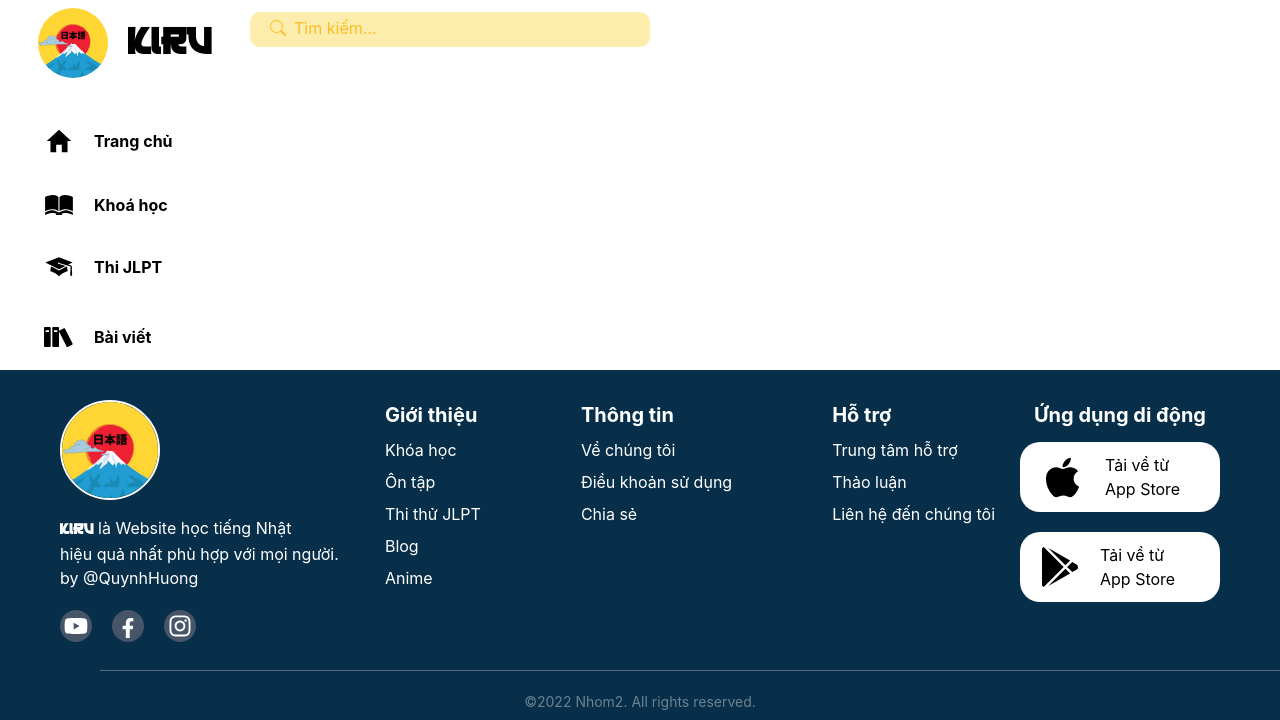
Repository: Quynhhuong150322/Kiru_Website-hoc-tieng-Nhat
Page: /TrangChu
These files come from the project's save history. The page is drawn as it stood at one moment and after the next save; the edit follows.
The browser window is 1280 px wide. The pictures show the whole page.
The project was rebuilt for these pictures with package versions that can differ from the ones it lists, and the page was loaded fresh each time.

Above is the page before, as saved 2023-08-18 03:45:37.

### public/index.html
<!DOCTYPE html>
<html lang="en">
  <head>
    <meta charset="utf-8" />
    <link rel="icon" href="%PUBLIC_URL%/favicon.ico" />
    <meta name="viewport" content="width=device-width, initial-scale=1" />
    <meta name="theme-color" content="#000000" />
    <meta
      name="description"
      content="Web site created using create-react-app"
    />
    <link rel="apple-touch-icon" href="%PUBLIC_URL%/logo192.png" />
    <!--
      manifest.json provides metadata used when your web app is installed on a
      user's mobile device or desktop. See https://developers.google.com/web/fundamentals/web-app-manifest/
    -->
    <link rel="manifest" href="%PUBLIC_URL%/manifest.json" />
    <!--
      Notice the use of %PUBLIC_URL% in the tags above.
      It will be replaced with the URL of the `public` folder during the build.
      Only files inside the `public` folder can be referenced from the HTML.

      Unlike "/favicon.ico" or "favicon.ico", "%PUBLIC_URL%/favicon.ico" will
      work correctly both with client-side routing and a non-root public URL.
      Learn how to configure a non-root public URL by running `npm run build`.
    -->
    <title>Kiru web</title>
  </head>
  <body>
    <noscript>You need to enable JavaScript to run this app.</noscript>
    <div id="root"></div>
    <!--
      This HTML file is a template.
      If you open it directly in the browser, you will see an empty page.

      You can add webfonts, meta tags, or analytics to this file.
      The build step will place the bundled scripts into the <body> tag.

      To begin the development, run `npm start` or `yarn start`.
      To create a production bundle, use `npm run build` or `yarn build`.
    -->
  </body>
</html>

### src/index.js
import React from 'react';
import ReactDOM from 'react-dom/client';
import './index.css';
import App from './App';
import reportWebVitals from './reportWebVitals';
import { BrowserRouter} from "react-router-dom";


const root = ReactDOM.createRoot(document.getElementById('root'));
root.render(
  <React.StrictMode>
    <BrowserRouter>
      <App />
    </BrowserRouter>
  </React.StrictMode>
);

// If you want to start measuring performance in your app, pass a function
// to log results (for example: reportWebVitals(console.log))
// or send to an analytics endpoint. Learn more: https://bit.ly/CRA-vitals
reportWebVitals();

### src/App.js
import './App.css';
// import HeaderBefor from "./component/header_footer/HeaderBefor";
import Footer from "./component/header_footer/footer";
import Menu from "./component/header_footer/Menu";
// import MyRoutes from './route/MyRoutes';
// import GioiThieu from "./component/Gioi_thieu"
// import KhoaHocBefor from "./component/Khoa_hoc_befor";
// import LienHe from "./component/Lien_he";
// import FAQs from "./component/FAQs";
// import DangKy from "./component/Dang_ky";
// import DangNhap from "./component/Dang_nhap";
// import QuenMK from "./component/Quen_mk";
// import DatlaiMk from "./component/Dat_lai_mk";
import Search from "./component/Search";

function App() {
  return (
    <div className = "bg-white">
      {/* <HeaderBefor></HeaderBefor> */}
      <Menu/>
      {/* <MyRoutes></MyRoutes> */}

      {/* Trang chủ chưa đăng nhập */}
      {/* <GioiThieu></GioiThieu>
      <KhoaHocBefor></KhoaHocBefor>
      <LienHe></LienHe>
      <FAQs></FAQs> */}

      {/* Trang đăng ký */}
      {/* <DangKy/> */}

      {/* Trang đăng nhập */}
      {/* <DangNhap/> */}

      {/* Quên mật khẩu */}
      {/* <QuenMK/> */}
      {/* <DatlaiMk/> */}

      {/* thanh Search */}
      <Search />
      <Footer></Footer>
    </div>
  );
}

export default App;

### src/App.css
.App {
  text-align: center;
}

.App-logo {
  height: 40vmin;
  pointer-events: none;
}

@media (prefers-reduced-motion: no-preference) {
  .App-logo {
    animation: App-logo-spin infinite 20s linear;
  }
}

.App-header {
  background-color: #282c34;
  min-height: 100vh;
  display: flex;
  flex-direction: column;
  align-items: center;
  justify-content: center;
  font-size: calc(10px + 2vmin);
  color: white;
}

.App-link {
  color: #61dafb;
}

@keyframes App-logo-spin {
  from {
    transform: rotate(0deg);
  }
  to {
    transform: rotate(360deg);
  }
}

@font-face {
  font-family: Japanese;
  src: url(./font/Japanese\ 3017.ttf);
}

@font-face {
  font-family: InterBold;
  src: url(./font/Inter-Bold.ttf);
}

@font-face {
  font-family: InterRegular;
  src: url(./font/Inter-Regular.ttf);
}

@font-face {
  font-family: Montserrat;
  src: url(./font/MontserratAlternates-Bold.otf);
}

### src/component/header_footer/footer.js
import React from "react";
import logo from "../../image/logo.png";
import {FaApple, FaGooglePlay, FaYoutube,  FaFacebookF, FaInstagram} from "react-icons/fa";

const Footer = () => {
    return (
        <div class="h-[350px] bg-sky-950 fixed bottom-0 left-0 right-0">
            <div className=" flex justify-between pt-[30px] px-[60px]">
                <div className="flex-initial w-[300px]">
                    <img
                        className="h-[100px] w-100px] rounded-full border-2 border-white"
                        src = {logo}
                        alt = "logo"
                    />
                    <p className="text-white pt-4"> <a className="font-bold font-japanese">Kiru</a> là Website học tiếng Nhật <p> hiệu quả nhất phù hợp với mọi người.</p> <p className="">by @QuynhHuong</p></p>
                    <div class="flex flex-row gap-5 pt-5">
                        <div className="w-8 h-8 bg-slate-600 rounded-full">
                            <FaYoutube className="text-white w-8 h-8 px-1"/>
                        </div>
                        <div className="w-8 h-8 bg-slate-600 rounded-full">
                            <FaFacebookF className="text-white w-7 h-7 pl-1 pt-2"/>
                        </div>
                        <div className="w-8 h-8 bg-slate-600 rounded-full">
                            <FaInstagram className="text-white w-7 h-7 pl-1 pt-1"/>
                        </div>
                    </div>
                </div>
                <div className="flex flex-row gap-[100px]">
                    <ul class="list-none text-white">
                        <li className="font-bold text-[20px]">Giới thiệu</li>
                        <li className="hover:text-yellow-500 pt-2">Khóa học </li>
                        <li className="hover:text-yellow-500 pt-2">Ôn tập </li>
                        <li className="hover:text-yellow-500 pt-2">Thi thử JLPT</li>
                        <li className="hover:text-yellow-500 pt-2">Blog</li>
                        <li className="hover:text-yellow-500 pt-2">Anime</li>
                    </ul>
                    <ul class="list-none text-white">
                        <li className="font-bold text-[20px]">Thông tin</li>
                        <li className="hover:text-yellow-500 pt-2">Về chúng tôi </li>
                        <li className="hover:text-yellow-500 pt-2">Điều khoản sử dụng</li>
                        <li className="hover:text-yellow-500 pt-2">Chia sẻ</li>
                    </ul>
                    <ul class="list-none text-white">
                        <li className="font-bold text-[20px]">Hỗ trợ</li>
                        <li className="hover:text-yellow-500 pt-2">Trung tâm hỗ trợ</li>
                        <li className="hover:text-yellow-500 pt-2">Thảo luận</li>
                        <li className="hover:text-yellow-500 pt-2">Liên hệ đến chúng tôi </li>
                    </ul>
                </div>
                <div className="">
                    <p className="text-white text-[20px] font-bold text-center pb-3">Ứng dụng di động</p>
                    <div className="h-[70px] w-[200px] bg-white rounded-[20px] flex gap-5 items-center">
                        <div className="pl-5">
                            <FaApple className="w-[45px] h-[45px]"/>
                        </div>
                        <div className="flex-initial w-64">
                            Tải về từ <p className="">App Store</p>
                        </div>
                    </div>
                    <div className="pt-5">
                        <div className="h-[70px] w-[200px] bg-white rounded-[20px] flex gap-5 items-center">
                            <div className="pl-5 ">
                                <FaGooglePlay className="w-[40px] h-[40px]"/>
                            </div>
                            <div className="flex-initial w-64">
                                Tải về từ <p className="">App Store</p>
                            </div>
                        </div>
                    </div>
                </div>
            </div>
            <div className="pt-7 px-[100px]">
                <div className="h-[1px] w-[1200px] bg-white/30 "></div>
                <p className="text-white/40 text-center text-[14px] pt-5">©2022 Nhom2. All rights reserved.</p>
            </div>
        </div>

    );
}
export default Footer;

### src/component/header_footer/Menu.js
import React from "react";
import logo from "../../image/logo.png"
import { Link } from "react-router-dom";
import {IoMdHome,IoLogoOctocat} from "react-icons/io";
import {GiOpenBook,GiGraduateCap} from "react-icons/gi";
import {ImBooks} from "react-icons/im";

const Menu = () => {
    return (
        <div className="flex flex-row">
            <div className="w-[250px] fixed top-0 left-0">
                <Link to = "">
                    <div className="flex flex-row items-center gap-5 justify-center pt-2">
                        <img
                            className="h-[70px] w-70[px] rounded-full "
                            src = {logo}
                            alt = "logo"
                        />
                        <div className="font-japanese text-[40px] font-bold">Kiru</div>
                    </div>
                </Link>
                <ul className="pt-10 items-center">
                    <li className="h-[50px] pt-2 text-center text-[16px] rounded-r-[10px] font-bold hover:bg-amber-300 hover:text-[20px] ">
                        <div className="flex flex-row gap-5 items-center pl-11 rounded-[10px]">
                            <IoMdHome className="h-[30px] w-[30px] "/>
                            <p className="">Trang chủ</p>
                        </div>
                    </li>
                    <li className="py-2">
                        <div className="flex flex-row gap-5 items-center pl-11 rounded-[10px] h-[50px] pt-2 text-center text-[16px] rounded-r-[10px] font-bold hover:bg-amber-300 hover:text-[20px]">
                            <GiOpenBook className="h-[30px] w-[30px] "/>
                            <p className="">Khoá học</p>
                        </div>
                    </li>
                    <li className="py-2">
                        <div className="flex flex-row gap-5 items-center pl-11 rounded-[10px] h-[50px] text-center text-[16px] rounded-r-[10px] font-bold hover:bg-amber-300 hover:text-[20px] ">
                            <GiGraduateCap className="h-[30px] w-[30px] "/>
                            <p className="">Thi JLPT</p>
                        </div>
                    </li>
                    <li className="py-2 ">
                        <div className="flex flex-row gap-5 items-center pl-11 rounded-[10px] h-[50px] pt-2 text-center text-[16px] rounded-r-[10px] font-bold hover:bg-amber-300 hover:text-[20px]">
                            <ImBooks className="h-[30px] w-[30px] "/>
                            <p className="">Bài viết</p>
                        </div>
                    </li>
                    <li className="py-2">
                        <div className="flex flex-row gap-5 items-center pl-11 rounded-[10px] h-[50px] pt-2 text-center text-[16px] rounded-r-[10px] font-bold hover:bg-amber-300 hover:text-[20px]">
                            <IoLogoOctocat className="h-[30px] w-[30px] "/>
                            <p className="">Hoạt hình</p>
                        </div>
                    </li>
                </ul>
            </div>

        </div>
    )
}
export default Menu;

### src/component/Search.js
import React from "react";
import {BsSearch} from "react-icons/bs";

const Search = () => {
    return (
        <div className="pl-[250px] pt-3">
            <div className="h-[35px] w-[400px] bg-amber-200/70 rounded-[10px] pl-5">
                <div className="flex flex-row gap-2 items-center pt-1 ">
                    <BsSearch className="text-amber-400"/>
                    <p className="text-amber-400">Tìm kiếm...</p>
                </div>
            </div>
        </div>
    )
}
export default Search;

### tailwind.config.js
/** @type {import('tailwindcss').Config} */
module.exports = {
  content: ["./src/**/*.{html,js}"],
  // plugins: [require("tailwind-scrollbar")],
  theme: {
    extend: {
      fontSize: {
        sm: '9px',
        base: '13px',
        xl: '20px',
        '2xl': '60px',
        '3xl': '80px',
        '4xl': '90px',
        '5xl': '100px',
      }
    },
    screens: {
      'sm': {'min': '400px', 'max': '767px'},
      // => @media (min-width: 640px and max-width: 767px) { ... }

      'md': {'min': '768px', 'max': '1023px'},
      // => @media (min-width: 768px and max-width: 1023px) { ... }

      'lg': {'min': '1024px', 'max': '1279px'},
      // => @media (min-width: 1024px and max-width: 1279px) { ... }

      'xl': {'min': '1280px', 'max': '1535px'},
      // => @media (min-width: 1280px and max-width: 1535px) { ... }

      '2xl': {'min': '1536px'},
      // => @media (min-width: 1536px) { ... }
    },

    fontFamily: {
      japanese: ['"Japanese"'],
      interBold: ['"InterBold"'],
      interRegular: ['"InterRegular"'],
      montserrat: ['"Montserrat"']
    },
  },
  plugins: [],
}

Loaded but not shown: src/index.css (common file); src/reportWebVitals.js (common file)

After the next save:
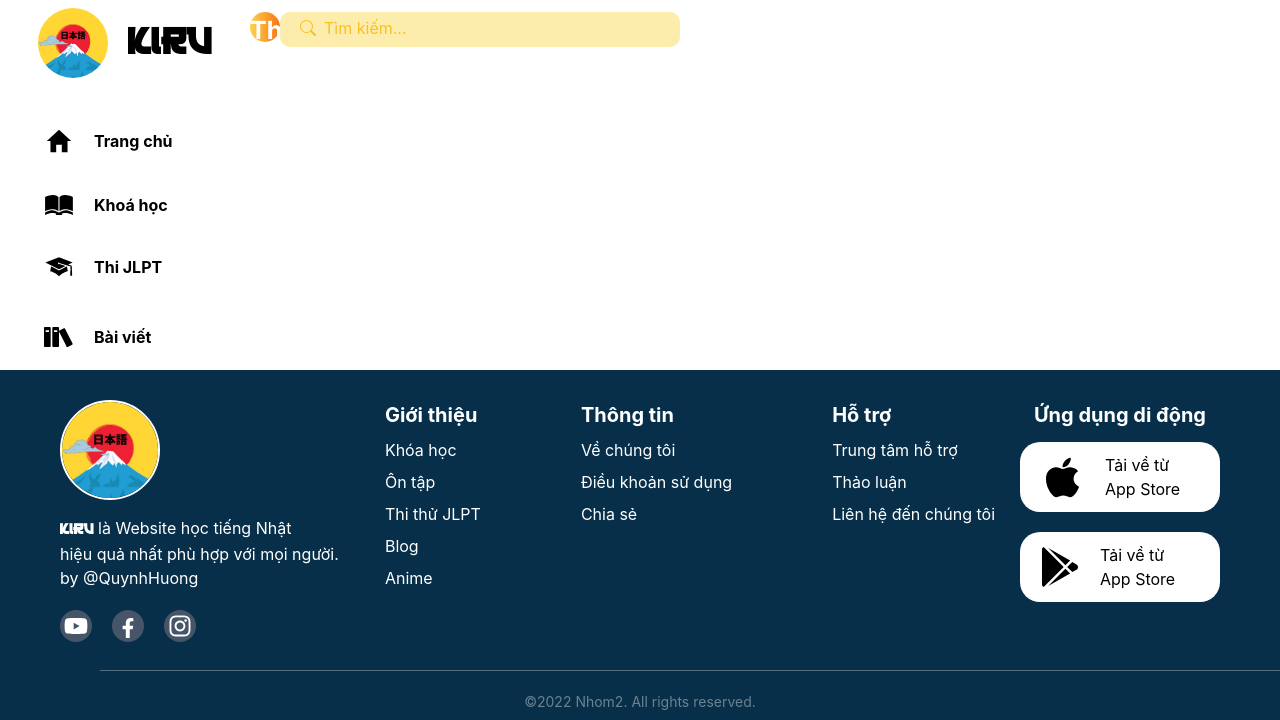
Saved 113 s later.
--- a/src/component/Search.js
+++ b/src/component/Search.js
@@ -4,10 +4,19 @@
 const Search = () => {
     return (
         <div className="pl-[250px] pt-3">
-            <div className="h-[35px] w-[400px] bg-amber-200/70 rounded-[10px] pl-5">
-                <div className="flex flex-row gap-2 items-center pt-1 ">
-                    <BsSearch className="text-amber-400"/>
-                    <p className="text-amber-400">Tìm kiếm...</p>
+            <div className="flex flex-row">
+                <div className="">
+                    <button
+                        type="button"
+                        className = "w-[30px] h-[30px] rounded-[40px] text-white bg-gradient-to-r from-amber-300  to-orange-500 hover:border-2 border-amber-700 hover:text-sky-500 font-interBold text-[25px] items-center">
+                        Tham gia ngay
+                    </button>
+                </div>
+                <div className="h-[35px] w-[400px] bg-amber-200/70 rounded-[10px] pl-5">
+                    <div className="flex flex-row gap-2 items-center pt-1 ">
+                        <BsSearch className="text-amber-400"/>
+                        <p className="text-amber-400">Tìm kiếm...</p>
+                    </div>
                 </div>
             </div>
         </div>
